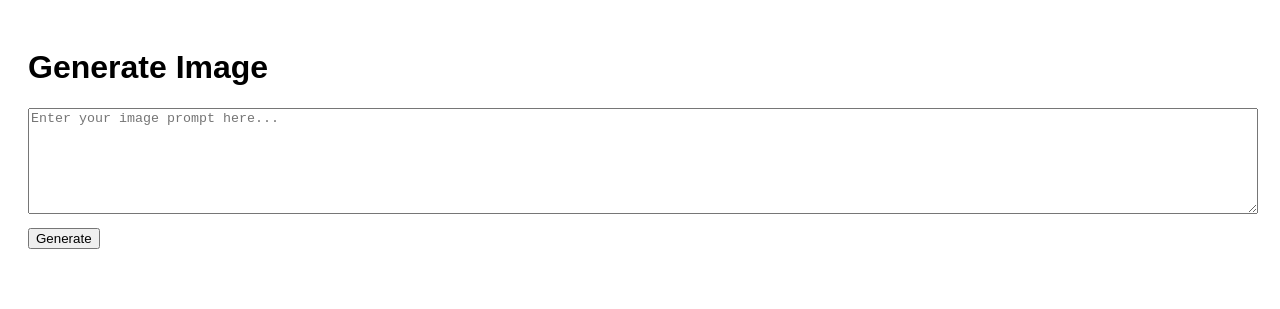
Repository: NinjaPunkGirls/marina3desktopimagegenerator
Page: index.html
The author's editor kept a copy of each file at every save. The page is drawn from the files as they stood at one save, then again after the next save.
The browser window is 1280 px wide. The pictures show the whole page.

Above is the page before, as saved 2025-05-31 21:21:14.

After the next save:
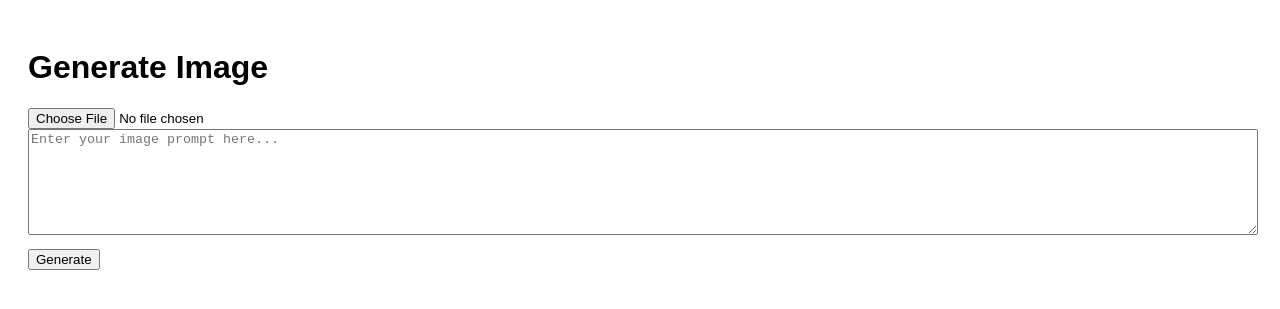
Saved 11 min 35 s later.
--- a/index.html
+++ b/index.html
@@ -7,6 +7,7 @@
 </head>
 <body>
     <h1>Generate Image</h1>
+    <input type="file" id="init-image" accept="image/*">
     <textarea id="prompt" placeholder="Enter your image prompt here..."></textarea>
     <button id="generate-btn">Generate</button>
     <div id="image-container">
